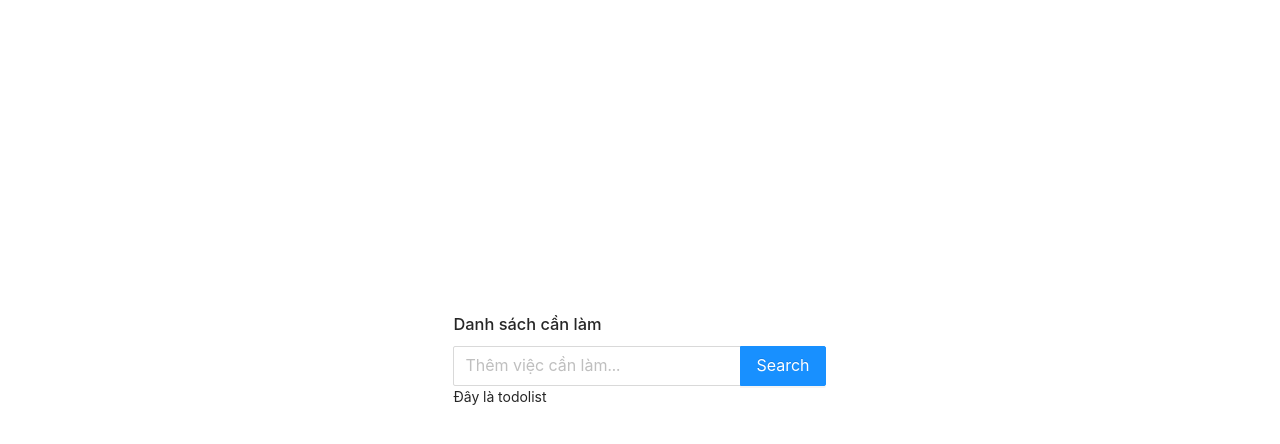
Repository: tiendungjr123/Todo-App
Page: /
The author's editor kept a copy of each file at every save. The page is drawn from the files as they stood at one save, then again after the next save.
The browser window is 1280 px wide. The pictures show the whole page.
The project was rebuilt for these pictures with package versions that can differ from the ones it lists, and the page was loaded fresh each time.

Above is the page before, as saved 2022-09-22 09:52:35.

### src/index.js
import React from 'react';
import ReactDOM from 'react-dom/client';
import './index.css';
import App from './App';
import 'antd/dist/antd.css';
const root = ReactDOM.createRoot(document.getElementById('root'));
root.render(
  <React.StrictMode>
    <App />
  </React.StrictMode>
);

### src/index.css
body {
  margin: 0;
  font-family: -apple-system, BlinkMacSystemFont, 'Segoe UI', 'Roboto', 'Oxygen',
    'Ubuntu', 'Cantarell', 'Fira Sans', 'Droid Sans', 'Helvetica Neue',
    sans-serif;
  display: flex;
  justify-content: center;
  align-items: center;
  padding: 20px;
}

code {
  font-family: source-code-pro, Menlo, Monaco, Consolas, 'Courier New',
    monospace;
}

### src/App.js
import TodoList from "./component/TodoList";
import { Input, Button } from "antd";
const { Search } = Input;

function App() {
  return (
    <>
      <h3>Danh sách cần làm</h3>
      <Search
        placeholder="Thêm việc cần làm..."
        allowClear
        enterButton="Search"
        size="large"
      />
      <TodoList />
    </>
  );
}

export default App;

### src/component/TodoList.jsx
import React from "react";
export default function TodoList() {
  return (
    <div>
      Đây là todolist
    </div>
  );
}

Loaded but not shown: public/index.html (common file)

After the next save:
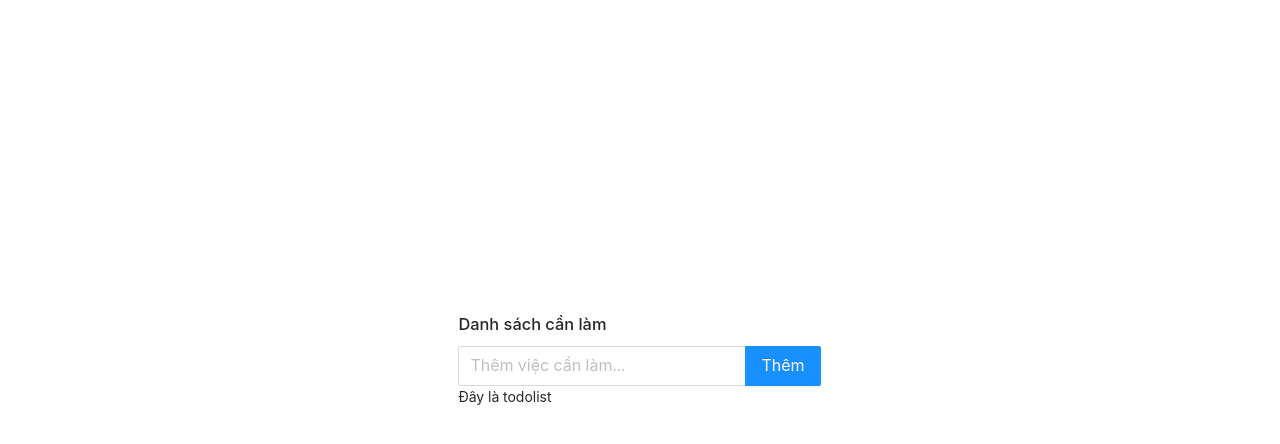
Saved 5 s later.
--- a/src/App.js
+++ b/src/App.js
@@ -9,7 +9,7 @@ function App() {
       <Search
         placeholder="Thêm việc cần làm..."
         allowClear
-        enterButton="Search"
+        enterButton="Thêm"
         size="large"
       />
       <TodoList />
